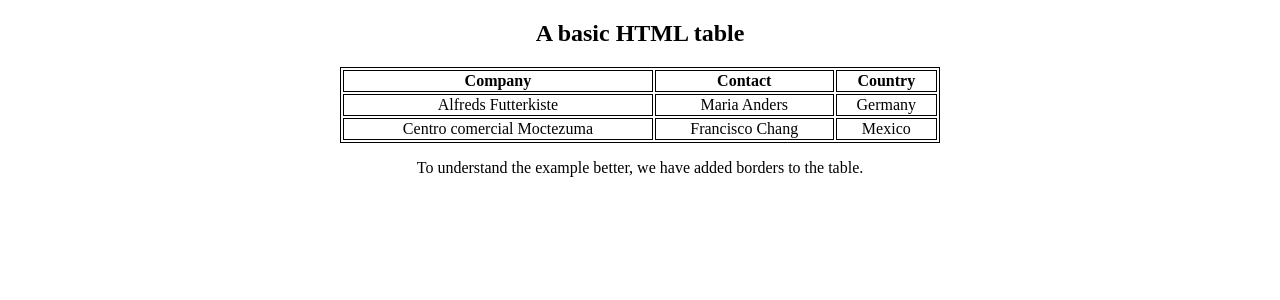
Repository: daeun0220/KB_EDU_JAVA
Page: work03_FrontUI/front01_HTML5/src/main/webapp/html03_table.html
The author's editor kept a copy of each file at every save. The page is drawn from the files as they stood at one save, then again after the next save.
The browser window is 1280 px wide. The pictures show the whole page.

Above is the page before, as saved 2023-08-07 06:03:30.

After the next save:
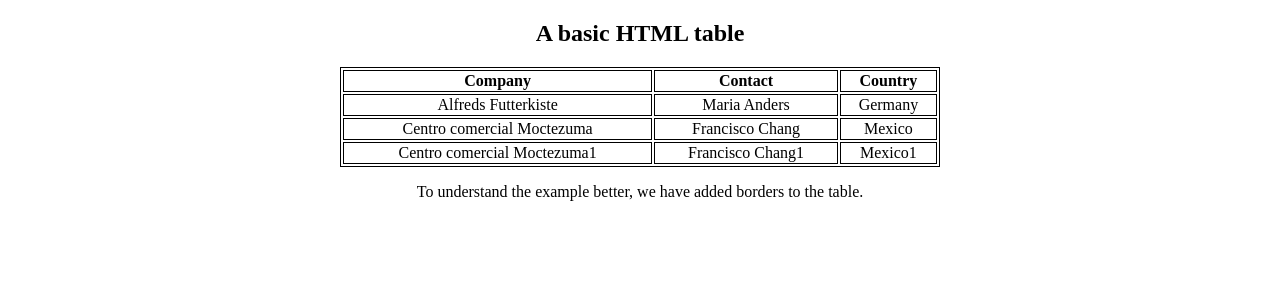
Saved 40 s later.
--- a/work03_FrontUI/front01_HTML5/src/main/webapp/html03_table.html
+++ b/work03_FrontUI/front01_HTML5/src/main/webapp/html03_table.html
@@ -40,6 +40,11 @@
     <td>Francisco Chang</td>
     <td>Mexico</td>
   </tr>
+  <tr>
+    <td>Centro comercial Moctezuma1</td>
+    <td>Francisco Chang1</td>
+    <td>Mexico1</td>
+  </tr>
 </table>
 
 <p>To understand the example better, we have added borders to the table.</p>
